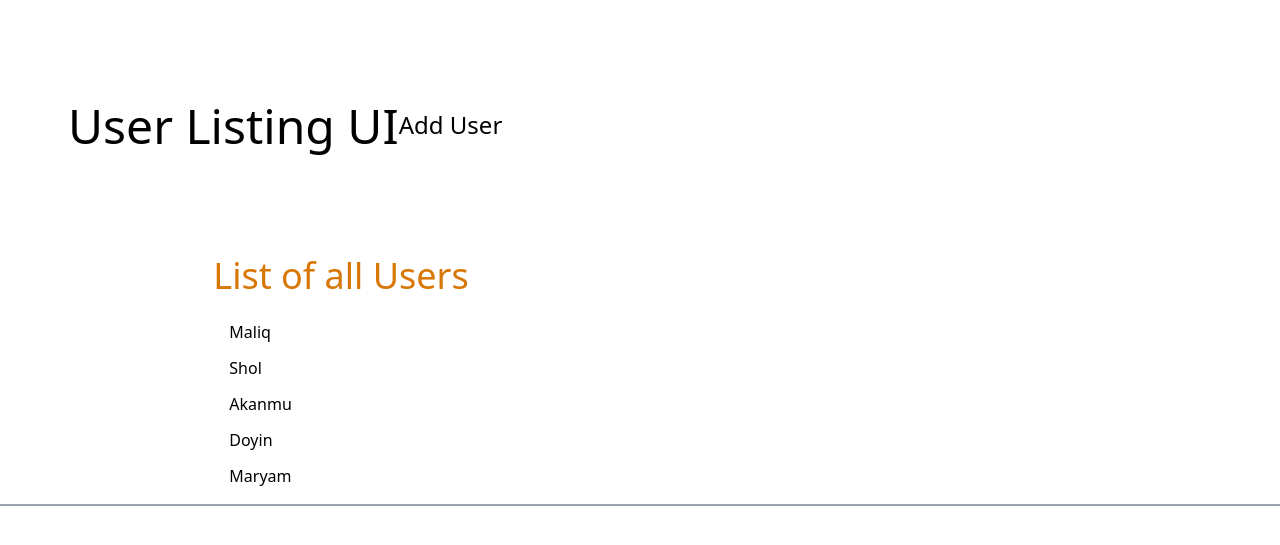
Repository: Marlstergo/listings
Page: /edit (app in client/)
The author's editor kept a copy of each file at every save. The page is drawn from the files as they stood at one save, then again after the next save.
The browser window is 1280 px wide. The pictures show the whole page.
The project was rebuilt for these pictures with package versions that can differ from the ones it lists, and the page was loaded fresh each time. Also part of the build but not shown: client/craco.config.js, client/src/components/Loader.js, client/src/components/Order.js, client/src/components/Modal.js. Imported but missing from the stored project, and not drawn on this page: client/src/components/Base, client/src/components/Toppings.

Above is the page before, as saved 2021-07-20 23:53:57.

After the next save:
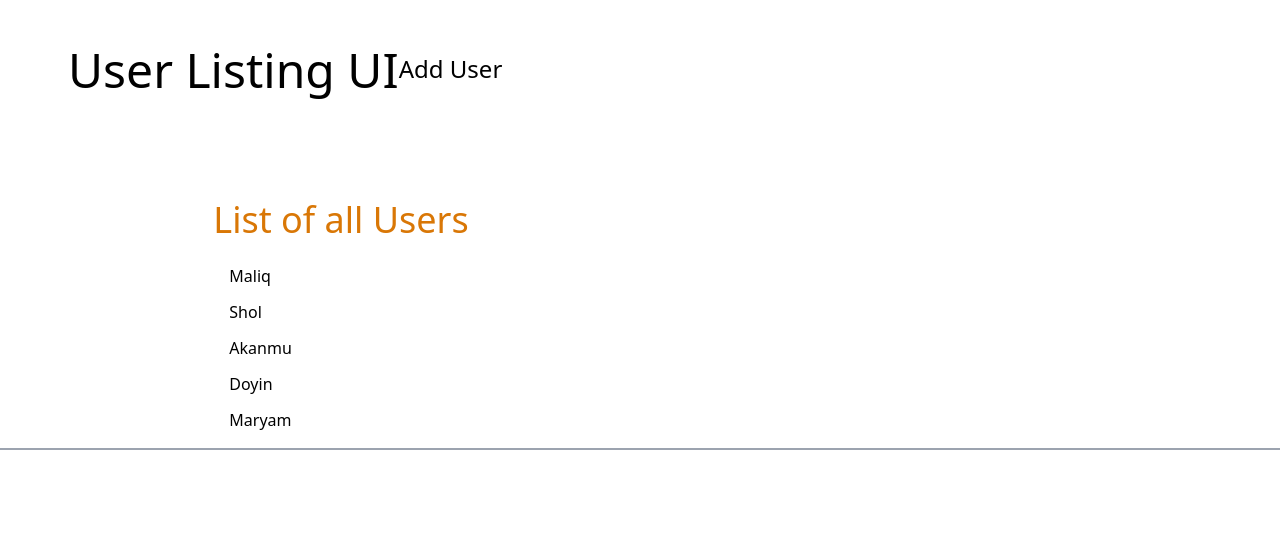
Saved 49 s later.
--- a/client/src/components/Header.js
+++ b/client/src/components/Header.js
@@ -41,32 +41,14 @@ const buttonVariants = {
 const Header = () => {
   return (
     <header className="flex p-14 w-screen justify-between flex-col items-center">
-      <motion.div
+      {/* <motion.div
         className="logo"
         drag
         dragConstraints={{ left: 0, top: 0, right: 0, bottom: 0 }}
         dragElastic={0.7}
       >
-        <motion.svg
-          className="w-14 overflow-visible"
-          xmlns="http://www.w3.org/2000/svg"
-          viewBox="0 0 100 100"
-          variants={svgVariants}
-          initial="hidden"
-          animate="visible"
-        >
-          <motion.path
-            fill="none"
-            d="M40 40 L80 40 C80 40 80 80 40 80 C40 80 0 80 0 40 C0 40 0 0 40 0Z"
-            variants={pathVariants}
-          />
-          <motion.path
-            fill="none"
-            d="M50 30 L50 -10 C50 -10 90 -10 90 30 Z"
-            variants={pathVariants}
-          />
-        </motion.svg>
-      </motion.div>
+
+      </motion.div> */}
       <motion.div
         className=" flex w-full ml-6 text-xs"
         initial={{ y: -250 }}
